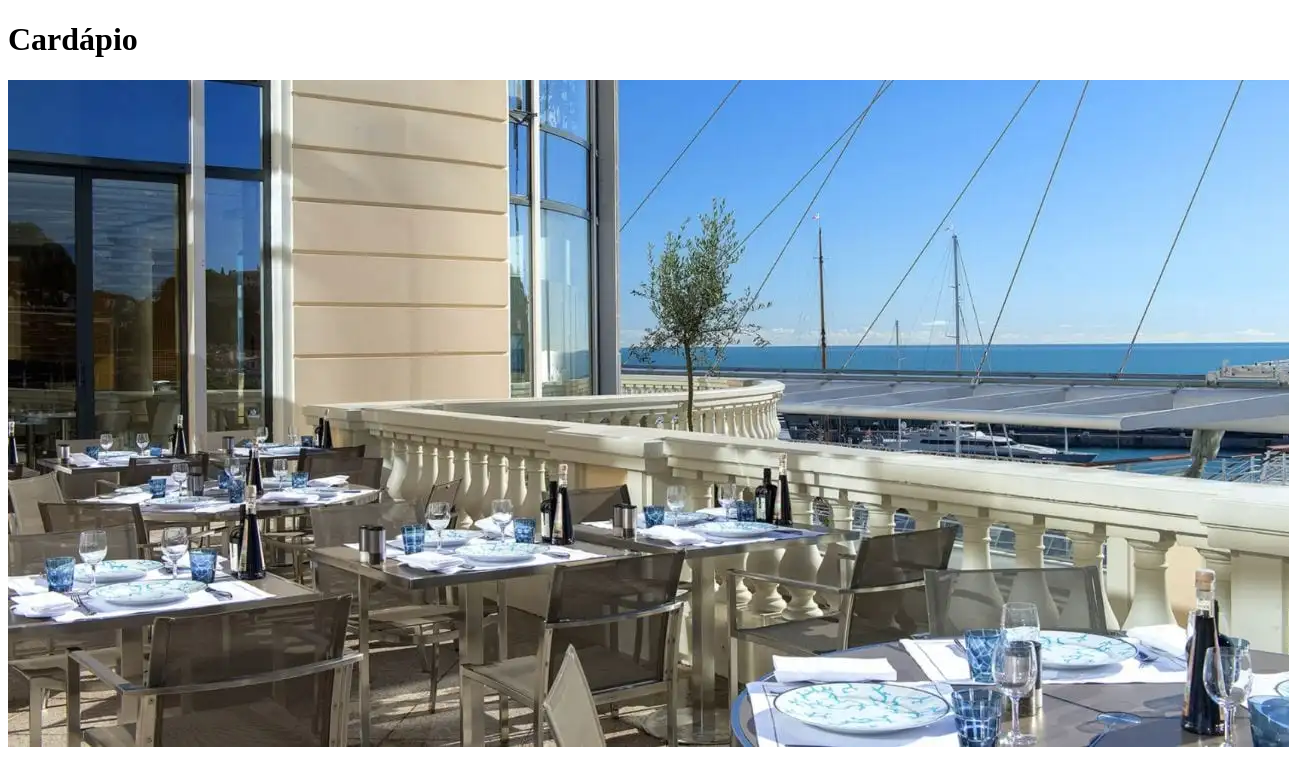
Repository: CarlosEduardoVdeOliveira/cardapio
Page: /
An editor plug-in stored every save of this project. The page is shown before and after the next save, followed by the edit.
The browser window is 1280 px wide. The page is 1289 px wide, then 1280 px, so the pictures cover 1289 px, including what lies to the right of the window. The pictures show the whole page.
The project was rebuilt for these pictures with package versions that can differ from the ones it lists, and the page was loaded fresh each time. Also part of the build but not shown: vite.config.js.

Above is the page before, as saved 2024-02-02 11:40:23.

After the next save:
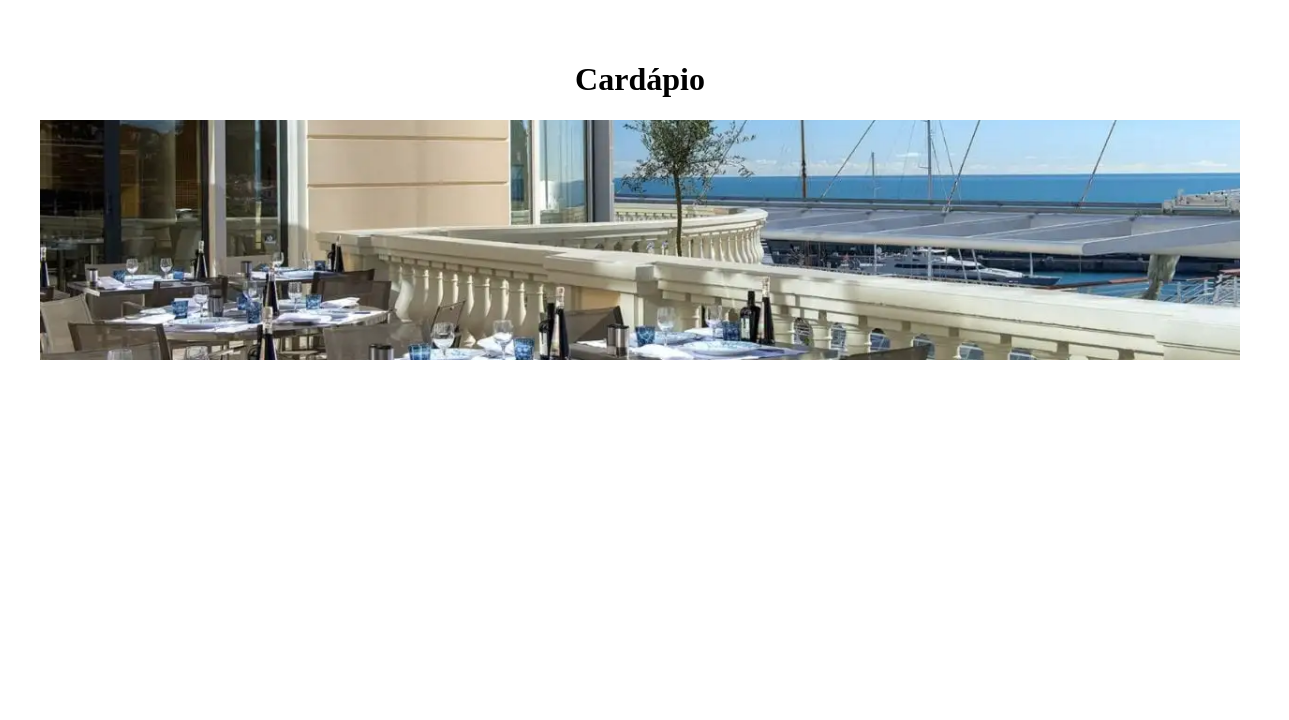
Saved 36 s later.
--- a/src/App.jsx
+++ b/src/App.jsx
@@ -1,4 +1,6 @@
+import "./App.css"
 import banner from "./assets/hashtaurante.webp"
+
 export function App() {
   return (
     <>
